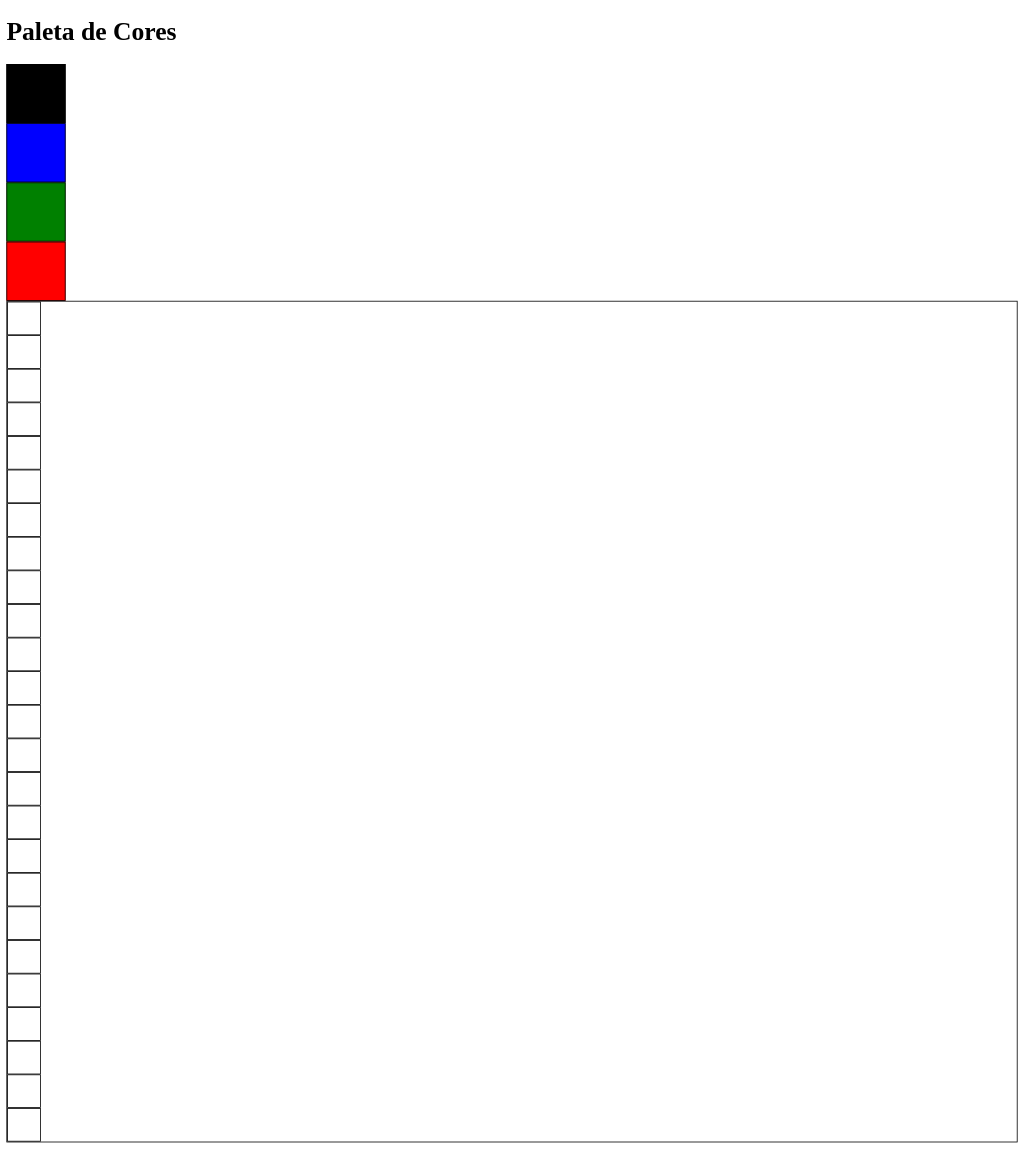
Repository: MuriloColleti/project-Pixer-Art
Page: index.html
These files come from the project's save history. The page is drawn as it stood at one moment and after the next save; the edit follows.
The browser window is 1280 px wide. The pictures show the whole page, at 80% of full size.

Above is the page before, as saved 2024-02-05 16:42:19.

After the next save:
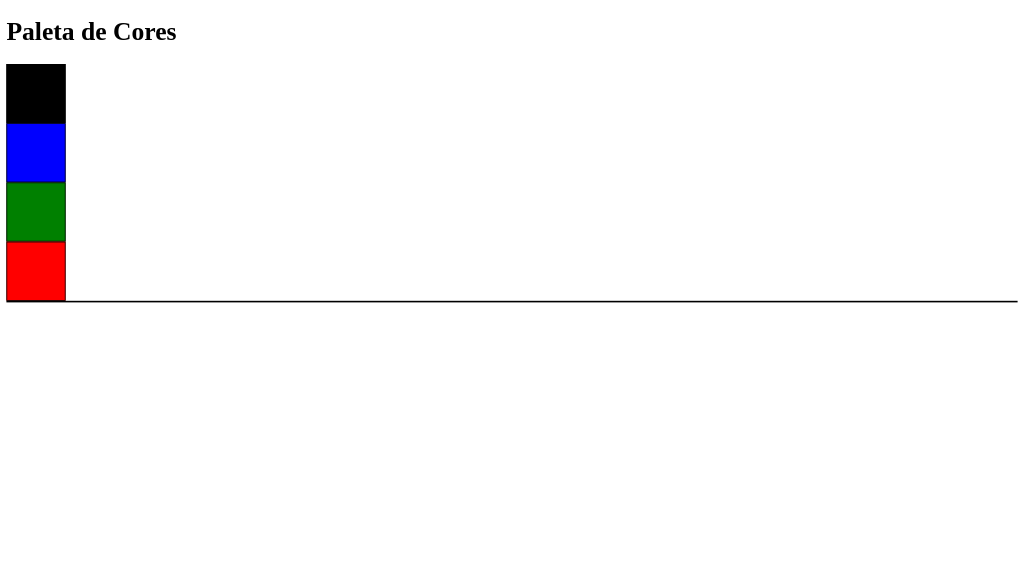
Saved 59 s later.
--- a/script.js
+++ b/script.js
@@ -12,7 +12,6 @@
     for(pixel = 0; pixel < 5; pixel += 1){
     var newPixel = document.createElement('div')
     newPixel.classList.add('pixel')
-    pixeltable.appendChild(newPixel);
     }
 
 }

After the 3 saves that followed:
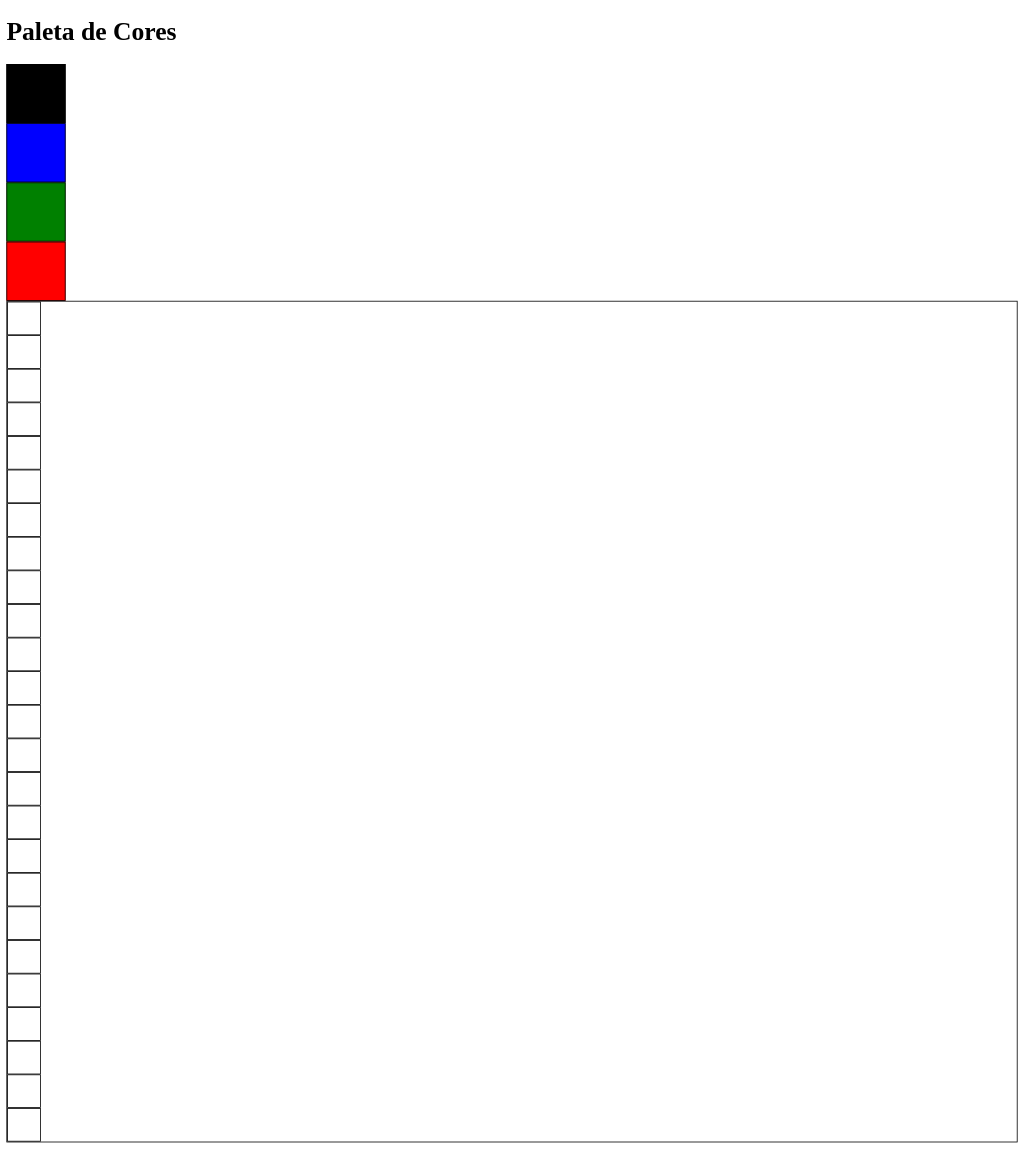
The 3 saves are shown as one change because 2 left the picture as it was.
The last was saved 2 min 31 s later.
--- a/script.js
+++ b/script.js
@@ -6,12 +6,16 @@
 
 //pixel.appendChild(newPixel);
 
+
 for(linha = 0; linha < 5; linha += 1){
 
+    var newline = document.createElement('div')
+    pixeltable.appendChild(newline);
 
     for(pixel = 0; pixel < 5; pixel += 1){
     var newPixel = document.createElement('div')
     newPixel.classList.add('pixel')
+    newline.appendChild(newPixel)
     }
 
 }
